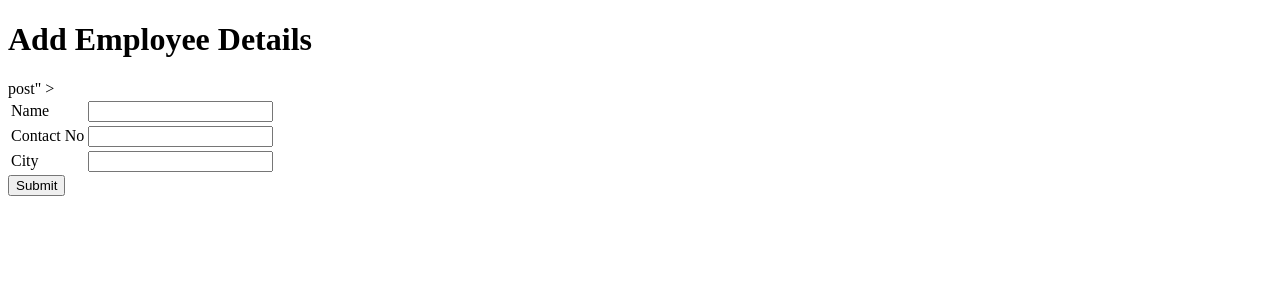
Repository: radhikasarda/RestEasyDemo
Page: http://localhost/RestDemo/
These files come from the project's save history. The page is drawn as it stood at one moment and after the next save; the edit follows.
The browser window is 1280 px wide. The pictures show the whole page.
The page is served by Tomcat 9. Nobody is signed in. The application's start-up code is not run.

Above is the page before, as saved 2019-06-25 07:42:31.

After the next save:
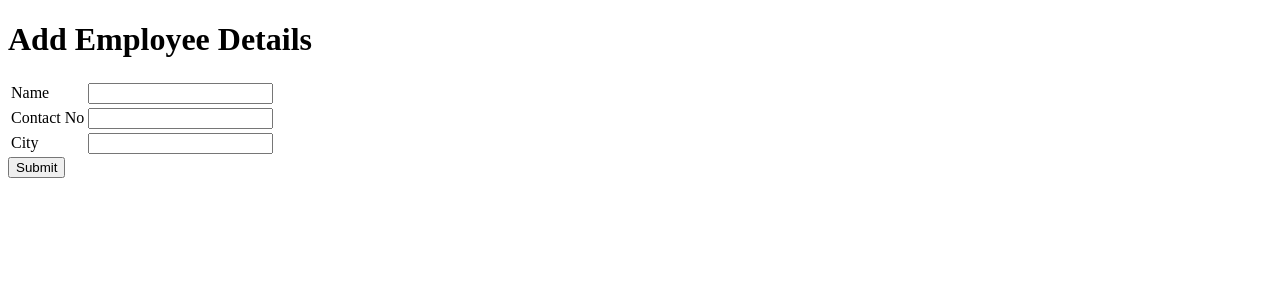
Saved 119 s later.
--- a/RestDemo/src/main/webapp/index.jsp
+++ b/RestDemo/src/main/webapp/index.jsp
@@ -8,7 +8,7 @@
 </head>
 <body>
 <h1>Add Employee Details</h1>
-<form action=<%=request.getContextPath()%>/add">post" >
+<form action=<%=request.getContextPath()%>/add" method="post" >
       <table style="with: 50%">
         <tr>
           <td>Name</td>
